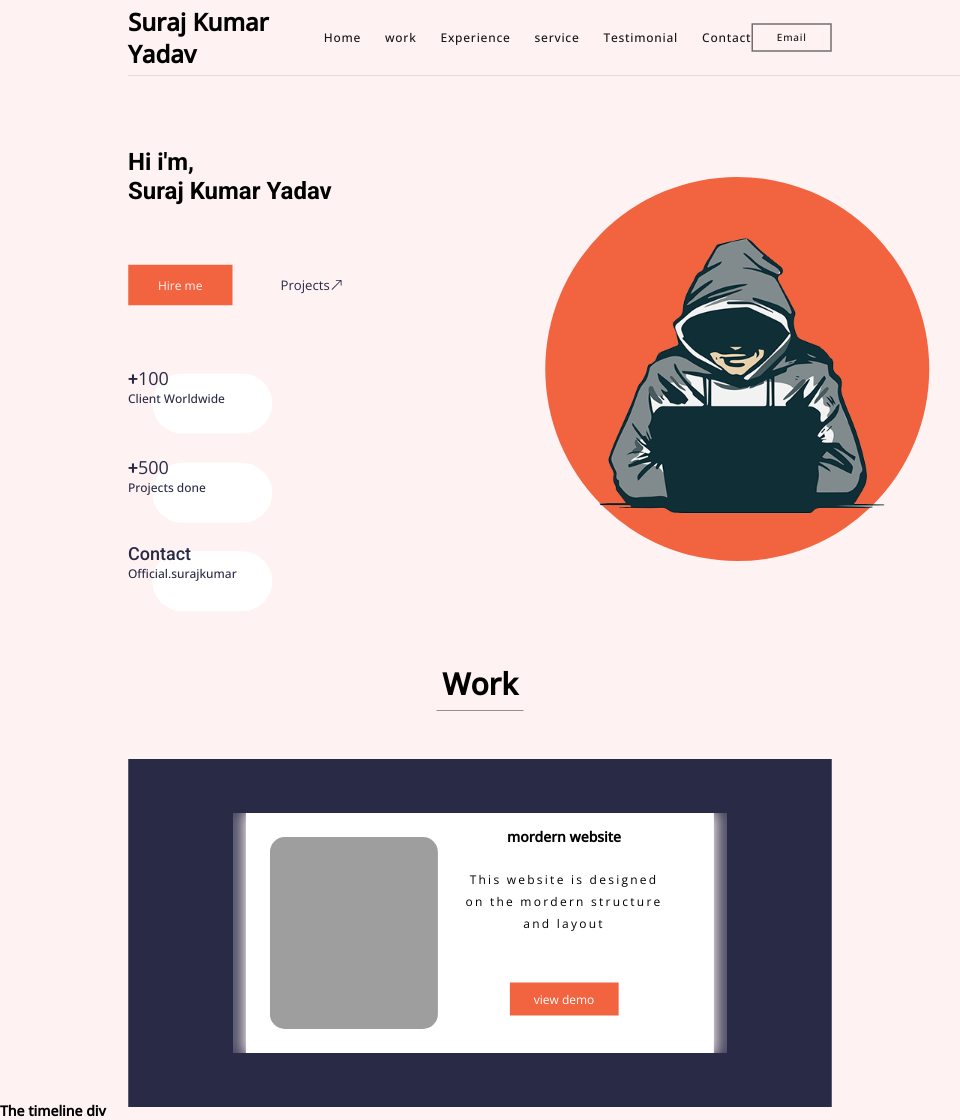
Repository: suraj-yadav7/portfolio-reactjs
Page: /
An editor plug-in stored every save of this project. The page is shown before and after the next save, followed by the edit.
The browser window is 1280 px wide. The pictures show the whole page, at 75% of full size.
Pictures or frames that could not be fetched are drawn as grey boxes. The project was rebuilt for these pictures with package versions that can differ from the ones it lists, and the page was loaded fresh each time.

Above is the page before, as saved 2023-04-10 18:48:52.

### src/index.js
import React from 'react';
import ReactDOM from 'react-dom/client';
import App from './App';
import './styles/app.scss'

const root = ReactDOM.createRoot(document.getElementById('root'));
root.render(
  <React.StrictMode>
    <App />
  </React.StrictMode>
);

### src/App.js
import Header from "./components/Header";
import Home from "./components/Home";
import Work from "./components/Work";
import Timeline from "./components/Timeline";


function App() {
  return (
    <>
      <Header/>
      <Home/>
      <Work/>
      <Timeline/>
    </>
  );
}

export default App;

### src/styles/app.scss
@import url('https://fonts.googleapis.com/css2?family=Open+Sans:wght@300;400;500&family=Roboto:ital,wght@0,300;0,500;0,700;1,700&display=swap');


@import "statics";
@import "animation";
@import "header";
@import "home";
@import "work";
@import "timeline";


* {
  margin: 0%;
  padding: 0%;
  font-family: $text2;
  box-sizing: border-box;
  scroll-behavior: smooth;
}
a {
  text-decoration: none;
}

body {
  background-color: $color1;
  overflow-x: hidden;
}

.disableBtn {
  color: $color6 !important;
  background-color: rgb(191, 191, 191) !important;
  cursor: not-allowed !important;
}

#customMessage {
  font: 900 2rem $text2;
  width: 100%;
  height: 100vh;
  display: grid;
  place-items: center;
}

/*
@import "statics";
@import "animation";
@import "header";  //the statice values are available to header bcz statics is "import" above ii
@import "home";
@import "work";

*{
    margin:0;
    padding:0;
    box-sizing: border-box;
    font-family: $text1;
    scroll-behavior: smooth;
}
a{
    text-decoration: none;
}

body{
    background-color: $color1;
    overflow-x: hidden;
}

.disableBtn {
    background-color: rgb(237,237,237);
    cursor: not-allowed;
}
*/

### src/components/Header.jsx


import React from "react"

const Header = ()=>{
    return(
        <nav>
            <NavContent/>
        </nav>
    )
};

const NavContent = () =>{
    return(

        <>
        <h2>Suraj Kumar Yadav</h2>
        <div>
            <a href="#home">Home</a>
            <a href="#work">work</a>
            <a href="#timeline">Experience</a>
            <a href="#service">service</a>
            <a href="#testimonial">Testimonial</a>
            <a href="#Contact">Contact</a>
        </div>
        <a href="mailto: official.surajkumar@gmail.com">
            <button>Email</button>
        </a>
        </>
        )
}


export default Header;

### src/components/Home.jsx
import { BsArrowUpRight, BsChevronDown } from "react-icons/bs";
import {React,useRef} from 'react'
import { animate, motion } from "framer-motion"
// import { Typewriter} from 'typewriter-effect'
import me from "../assets/me.png"


const Home = () => {

  const clientCount = useRef(null)
  const projectCount = useRef(null)

  const animationClientCount = ()=>{
        animate(0,100,{
          duration: 1,
          onUpdate:(v)=>(clientCount.current.textContent=v.toFixed())
        })
  }


  const animationProjectCount = ()=>{
    animate(0,500,{
      duration: 1,
      onUpdate:(v)=>(projectCount.current.textContent=v.toFixed())
    })
}

  const animation = {
    h1: {
      initial: {
        x: "-100%",
        opacity: 0
      },
      whileInView: {
        x: 0,
        opacity: 1
      }
    },
    button: {
      initial: {
        y: "-100%",
        opacity: 0
      },
      whileInView: {
        y: 0,
        opacity: 1
      }
    }
  }

  return (
    <>
      <div id="home">
        <section>
          <div>
            <motion.h1 {...animation.h1} >
              Hi i'm, <br /> Suraj Kumar Yadav
            </motion.h1>

            {/* <Typewriter options={{
              strings:["A developer", "A Designer"],
              autoStart: true,
              loop: true,
              wrapperClassName:"typewriterpara"

            }} />  */}


            <div>
              <a href="mailto:surajkumar@gmail.com">Hire me</a>
              <a href="#work">Projects <BsArrowUpRight /></a>
            </div>

            <article>
              <p>
                +<motion.span whileInView={animationClientCount} ref={clientCount}>100</motion.span>
              </p>
              <span>Client Worldwide</span>
            </article>

            <aside>
              <article>
                <p>
                  +<motion.span ref={projectCount} whileInView={animationProjectCount}>5000</motion.span>
                </p>
                <span>Projects done</span>
              </article>
            </aside>

            <article>
              <p>
                Contact</p>
              <span>Official.surajkumar</span>
            </article>
          </div>
        </section>

        <section>
          <img src={me} alt="myimage"></img>
        </section>
      </div>
    </>
  )
}

export default Home

### src/components/Work.jsx
import React from 'react'
import { Carousel } from 'react-responsive-carousel'
import "react-responsive-carousel/lib/styles/carousel.min.css"
import data from "../assets/data.json"

const Work = () => {
  return (
  <>
  <div id='work'>
    <h2>Work</h2>
    <section>
        <article>
            <Carousel showArrows={false}
            showIndicators={false}
            showStatus={false}
            showThumbs={false}
            interval={2000}
            infiniteLoop={true}
            autoPlay={true}
             >
                {
                    data.projects.map(i=>(
                        <div key={i.key} className="workItem">
                            <img src={i.imgSrc} href={i.title}/>
                            <aside>
                                <h3>{i.title}</h3>
                                <p>{i.description}</p>
                                <a href={i.url} target="blank"> view demo </a>
                            </aside>
                        </div>
                    ))
                }
            </Carousel>
        </article>
    </section>
  </div>
  </>
  )
}

export default Work

### src/components/Timeline.jsx
import React from "react";
import data from "../assets/data.json"

const Timeline=()=>{
    return(
        <>
        <div id="timeline">
            <div className="timelineBox">
                <h3>The timeline div </h3>
                    {
            data.projects.map((item,index)=>(
                <TimelineItem heading={item.title} text={item.date} index={index} key={index }/>
                ))
            }
            </div>
        </div>
        </>
    )
}


const TimelineItem =({heading,text,index})=>{
    return(
        <>
    <div className={`timelineItem ${index%2===0?"leftTimeline":"rightTimeline"}`}>


    </div>
    </>
    )
    }



export default Timeline;

### src/styles/statics.scss
$text1:"Roboto", sans-serif;
$text2:"Open sans", sans-serif;

$color1: #fef2f2;
$color2: #286f6c;
$color2_1: #174340;
$color3: #f26440;
$color3_1: #ad4126;
$color3_light: rgb(249 141 141);
$color4: #fff;
$color5: #292b46;
$color6: #161616;
$color6_1: #16161698;
$color6_2: #16161622;


$p: 13.33vmax;
$p_md: 7vmax;
$p_base: 5vmax;
$p_base_INVERSE: 10vmax 15vmax;
$p_sm: 2vmax;
$p_sm_inverse: 13vmax 0;
$p_zero: 0;

### src/styles/animation.scss

@keyframes animateSvg {
    to {
      transform: translate(-50%, -10px);
    }
  }

  @keyframes upanddown {
    to {
      transform: translateY(-5px);
    }
  }

  @keyframes upupdowndown {
    to {
      transform: translateY(-10px);
    }
  }

### src/styles/header.scss


nav{
    width:100%;
    height:100px;
    background-color: $color1;
    display: flex;
    align-items: center;
    justify-content: space-between;
    padding: 0px $p;
    position: sticky;
    top:0;
    z-index: 60%;
    >h2{
        font-size:2rem;
    }
    >div{
        display: flex;
        align-items: center;
        gap:2rem;
        a{
            color: $color6;
            font-weight: 500;
            transition: all 0.3s;
            letter-spacing: 1px;
            &:hover{
                color:$color3;
            }
        }
    }
    >a >button{
        border: 2px solid $color6_1;
        padding: 0.5rem 2rem;
        background-color: $color1;
        cursor: pointer;
        color: $color6;
        letter-spacing: 1px;
        font-weight: 500;
        transition: all 0.3s;
        &:hover{
           background-color: $color6;
            color: $color4;
        }
    }
}

### src/styles/home.scss
#home {
    width: 100%;
    height: 90vh;
    display: flex;

    > section {
      width: 100%;

      &:first-of-type {
        padding-left: $p;

        > div {
          border-top: 1px solid $color6_2;
          height: 100%;
          padding-top: 6rem;
          > h1 {
            font: 600 2rem $text1;
          }

        //   .typewriterpara {
        //     margin: 20px 0;
        //     height: 20px;
        //     letter-spacing: 5px;
        //   }

          > div {
            display: flex;
            margin: 5rem 0;
            width: 70%;
            gap: 4rem;
            align-items: center;
            > a {
              &:first-of-type {
                background-color: $color3;
                color: $color1;
                padding: 1rem 2.5rem;
                transition: all 0.3s;
                &:hover {
                  background-color: $color3_1;
                }
              }
              &:last-of-type {
                font: 400 1.1rem $text2;
                color: $color5;
                display: flex;
                align-items: center;
              }
            }
          }

          aside {
            display: flex;
            justify-content: space-between;
            width: 70%;
          }

          article {
            margin: 2rem 0;
            width: 10rem;
            color: $color5;
            position: relative;

            &::after {
              content: "";
              background-color: $color4;
              width: 100%;
              height: 5rem;
              border-radius: 50px;
              position: absolute;
              top: 20%;
              left: 20%;
              z-index: -1;
            }
            > p {
              font: 400 1.5rem $text1;
            }
            > span {
              font: 500 1rem $text2;
            }
          }

          article[data-special] {
            width: 16rem;
          }
        }
      }

      &:last-of-type {
        border-top: 1px solid $color6_2;
        display: flex;
        flex-direction: column;
        justify-content: flex-end;
        align-items: center;
        overflow-x: hidden;

        &::after {
          content: "";
          width: 40vmax;
          height: 40vmax;
          background-color: $color3;
          position: absolute;
          z-index: -1;
          border-radius: 50%;
        }

        > img {
          width: 40vmax;
          object-fit: contain;
          height: 40vmax;
        }
      }
    }


  }

### src/styles/work.scss
#work {
    width: 100%;
    height: 100vh;
    padding: 8rem $p;
    > h2 {
      font: 700 2.5rem $text2;
      width: fit-content;
      border-bottom: 1px solid $color6_1;
      padding: 0.5rem;
      margin: auto;
    }

    > section {
      margin-top: 4rem;
      width: 100%;
      height: 100%;
      background-color: $color5;
      display: flex;
      align-items: center;
      justify-content: center;

      > article {
        width: 70%;
        height: 25vmax;
      }

      .workItem {
        overflow-y: auto;
        height: 25vmax;
        width: 95%;
        margin: auto;
        background-color: $color4;
        display: flex;
        padding: 2rem;
        box-shadow: 0 0 20px 5px $color1;

        > img {
          border-radius: 20px;
          width: 40%;
          object-fit: cover;
        }

        > aside {
          width: 60%;
          display: flex;
          flex-direction: column;
          justify-content: center;
          align-items: center;

          > p {
            letter-spacing: 3px;
            line-height: 180%;
            margin: 2rem;
          }
          > a {
            background-color: $color3;
            padding: 0.7rem 2rem;
            margin: 2rem;
            color: $color4;
            transition: all 0.5s;
            &:hover {
              background-color: $color3_1;
            }
          }
        }
      }
    }
  }

### src/assets/data.json
{

    "projects" :[
        {
            "date":"06/02/2023",
            "title" : "mordern website",
            "description" : "This website is designed on the mordern structure and layout",
            "url" : "https://www.pixabay.com",
            "imgSrc" : "https://cdn.pixabay.com/photo/2017/05/10/12/41/hacker-2300772_1280.jpg"

        },
        {
            "date":"05/03/2023",
            "title" : "icart",
            "description" : "This website is designed on the mordern structure and layout of ecommerce website",
            "url" : "https://www.pixabay.com",
            "imgSrc" : "https://pixabay.com/photos/hacker-silhouette-hack-anonymous-3342696/"
        }

    ]

}

Loaded but not shown: public/index.html (common file); src/styles/timeline.scss (no stored copy; drawn as an empty file)

After the next save:
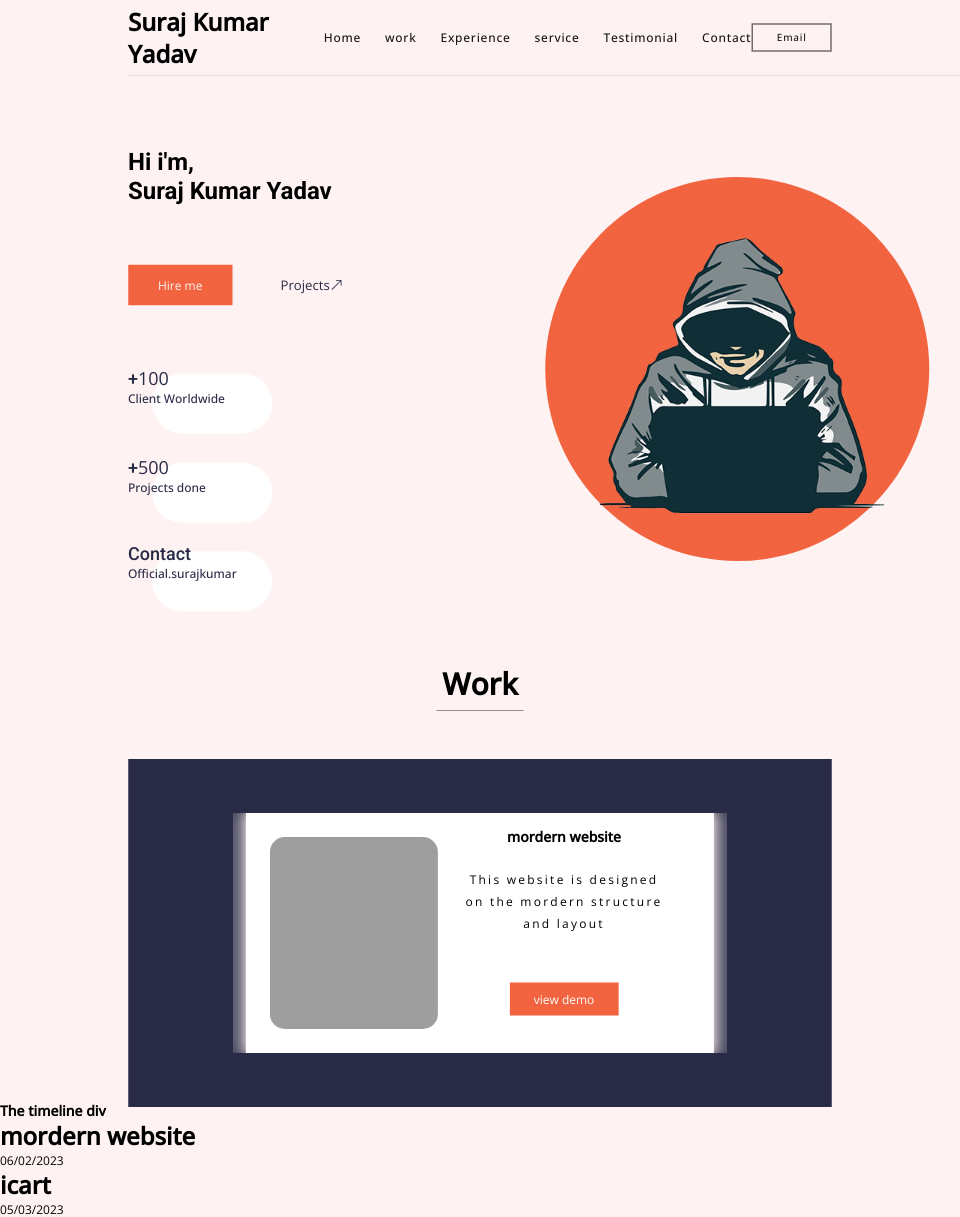
Saved 2 min 11 s later.
--- a/src/components/Timeline.jsx
+++ b/src/components/Timeline.jsx
@@ -23,7 +23,8 @@
     return(
         <>
     <div className={`timelineItem ${index%2===0?"leftTimeline":"rightTimeline"}`}>
-
+        <h1>{heading}</h1>
+        <p>{text}</p>
 
     </div>
     </>
